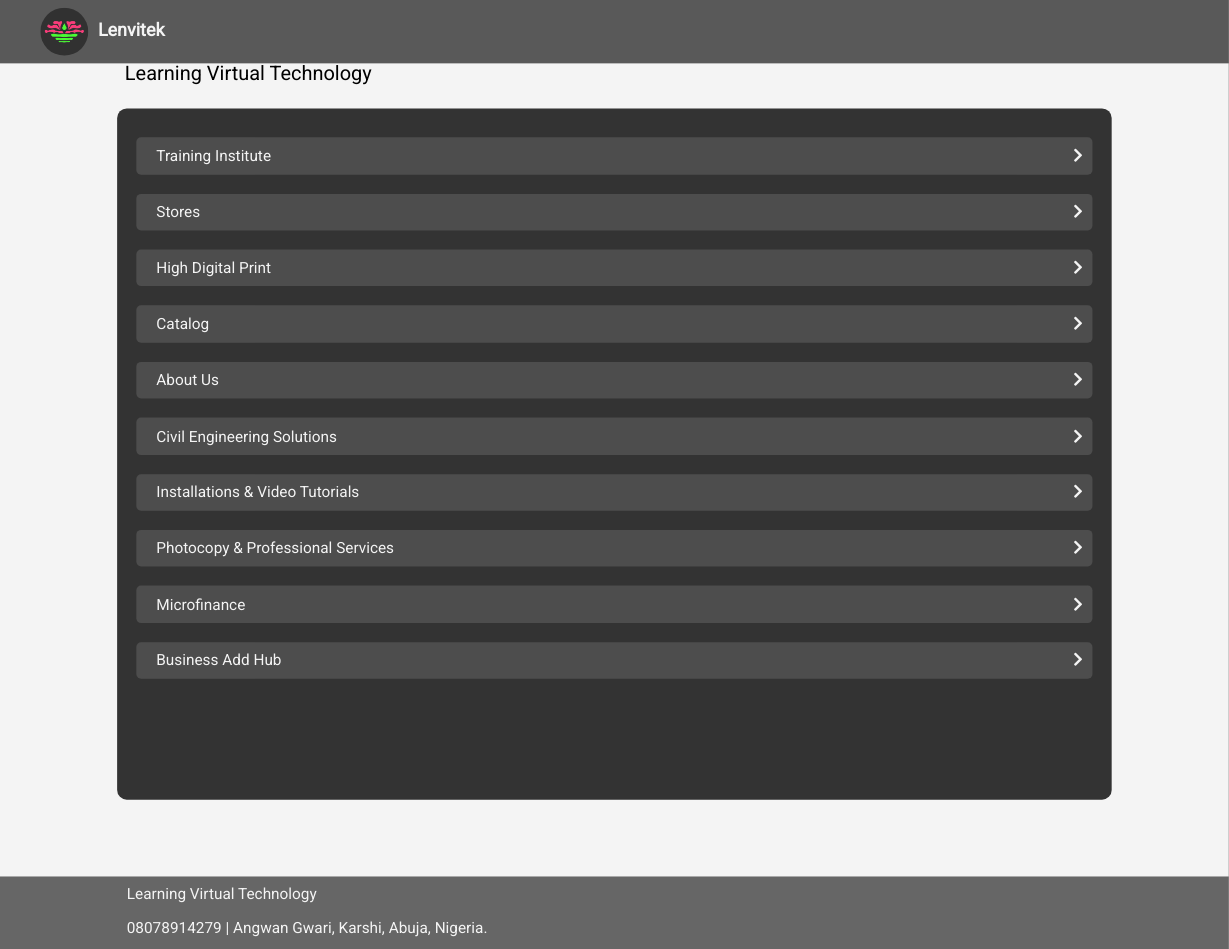
Repository: mxhdiqaim/lenviteck
Page: dist/index.html
The author's editor kept a copy of each file at every save. The page is drawn from the files as they stood at one save, then again after the next save.
The browser window is 1280 px wide. The pictures show the whole page, at 96% of full size.
Some web libraries are served in a nearby version. The style sheet was rebuilt from its Sass, Less or Tailwind sources for each picture, by a compiler version that may differ from the author's.

Above is the page before, as saved 2021-05-07 15:46:31.

After the next save:
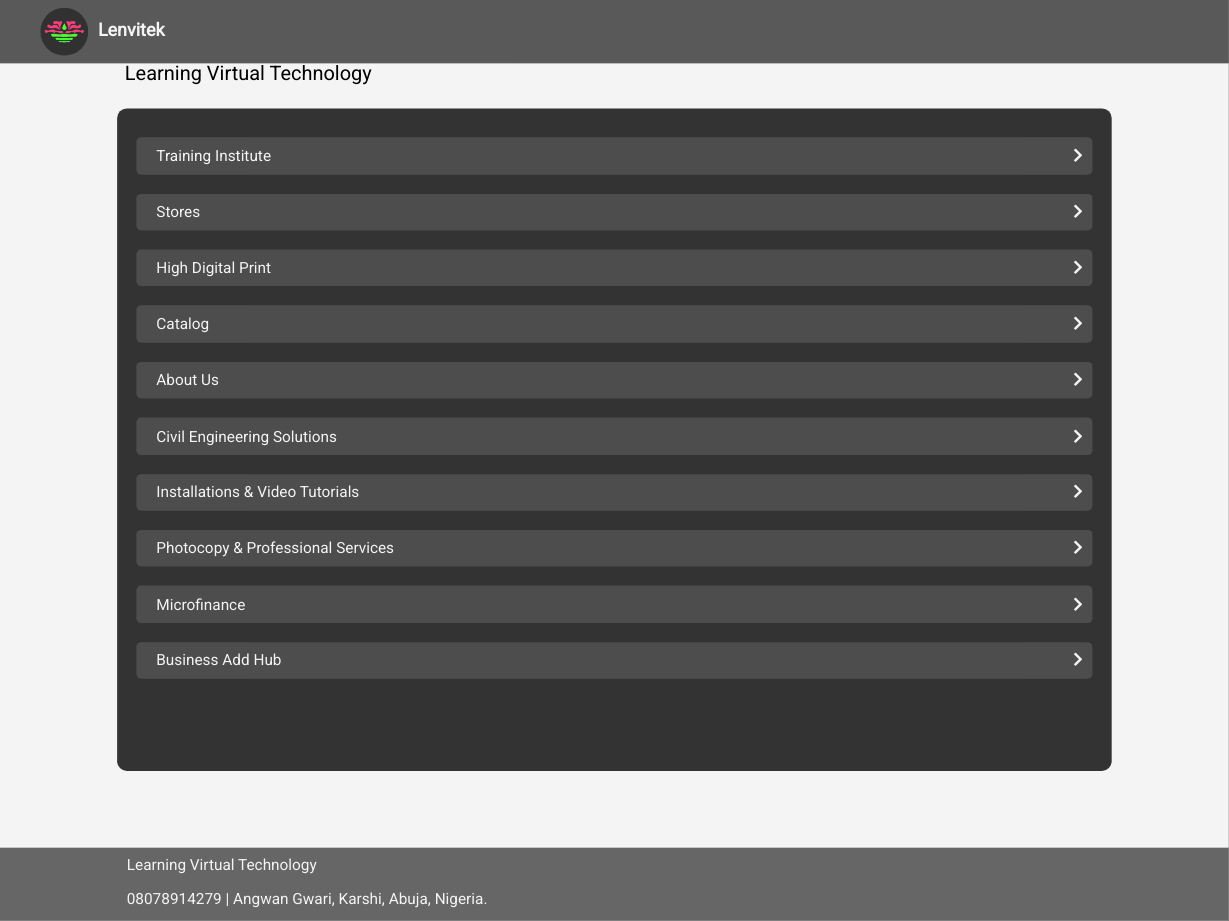
Saved 45 s later.
--- a/dist/styles/main.scss
+++ b/dist/styles/main.scss
@@ -77,7 +77,7 @@
   color: $light-color;
   margin: 10px auto;
   border-radius: 10px;
-  height: 100vh;
+  height: calc(100vh - 30px);
   margin-top: 80px;
   margin-bottom: 80px;
   overflow-y: hidden;
